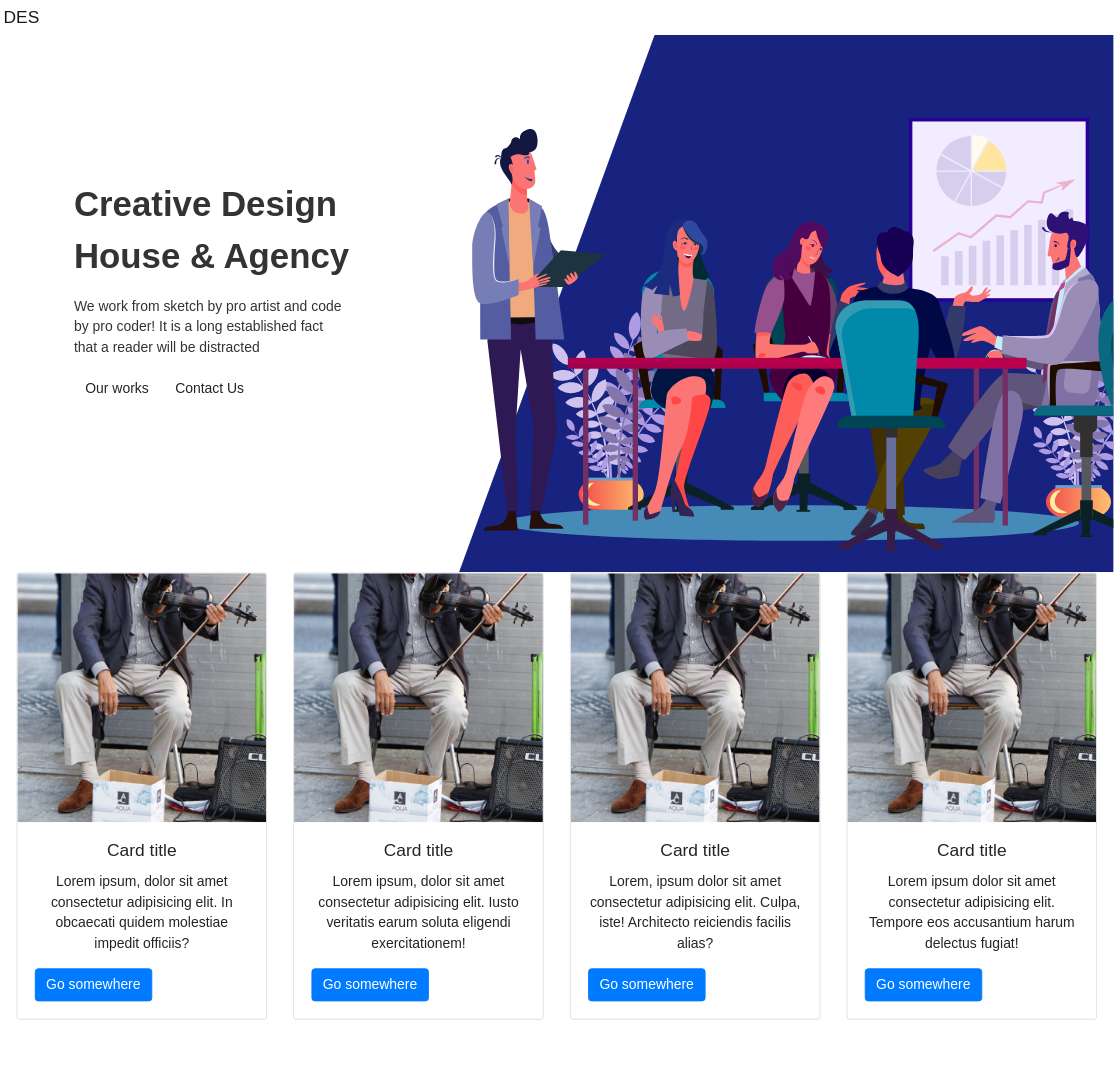
Repository: stephenkayade/Tarm
Page: index.html
These files come from the project's save history. The page is drawn as it stood at one moment and after the next save; the edit follows.
The browser window is 1280 px wide. The pictures show the whole page, at 87% of full size.

Above is the page before, as saved 2020-05-07 10:00:44.

After the next save:
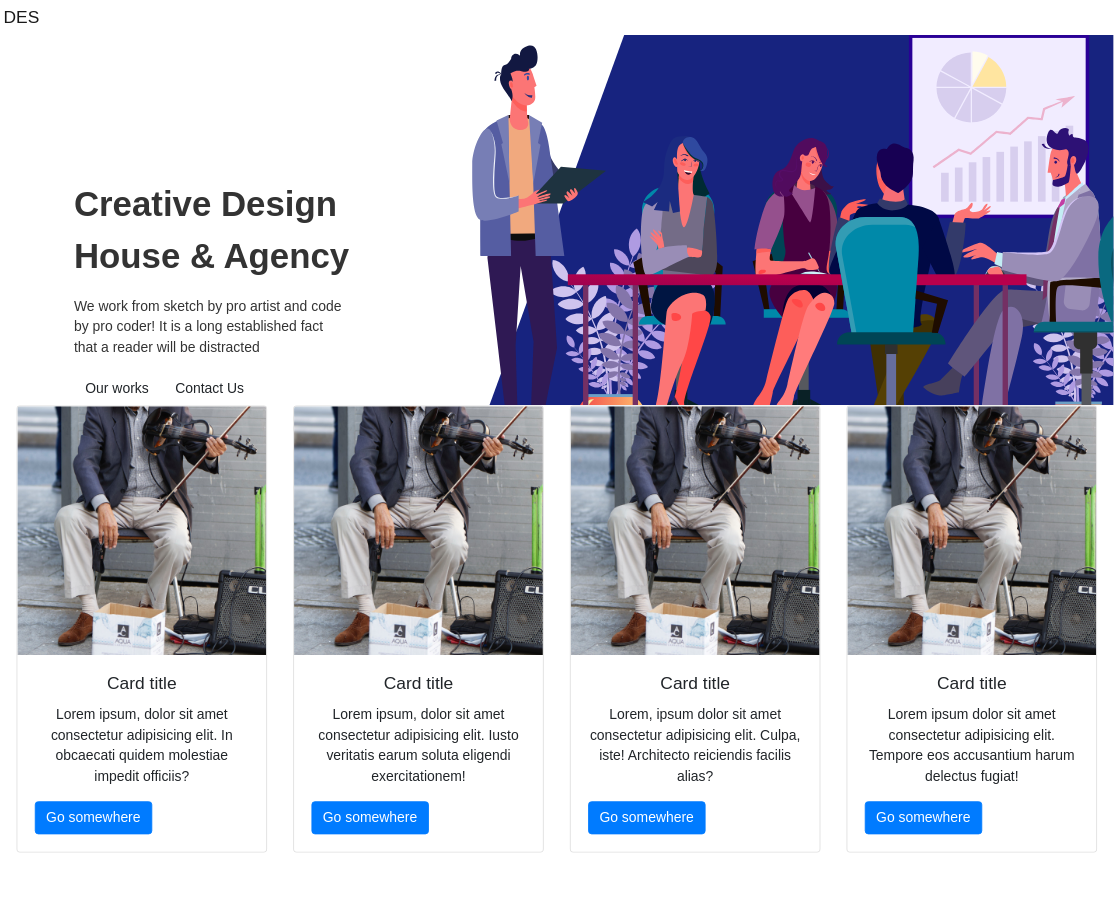
Saved 7 min 11 s later.
--- a/css/style.css
+++ b/css/style.css
@@ -45,7 +45,7 @@
     background: url('/img/adj.svg') no-repeat center center/cover;
     color: #333;
     padding-top: 5%;
-    padding-bottom: 15%;
+    /* padding-bottom: 15%; */
 }
 .promo-title{
     font-size: 40px;

After the save that followed:
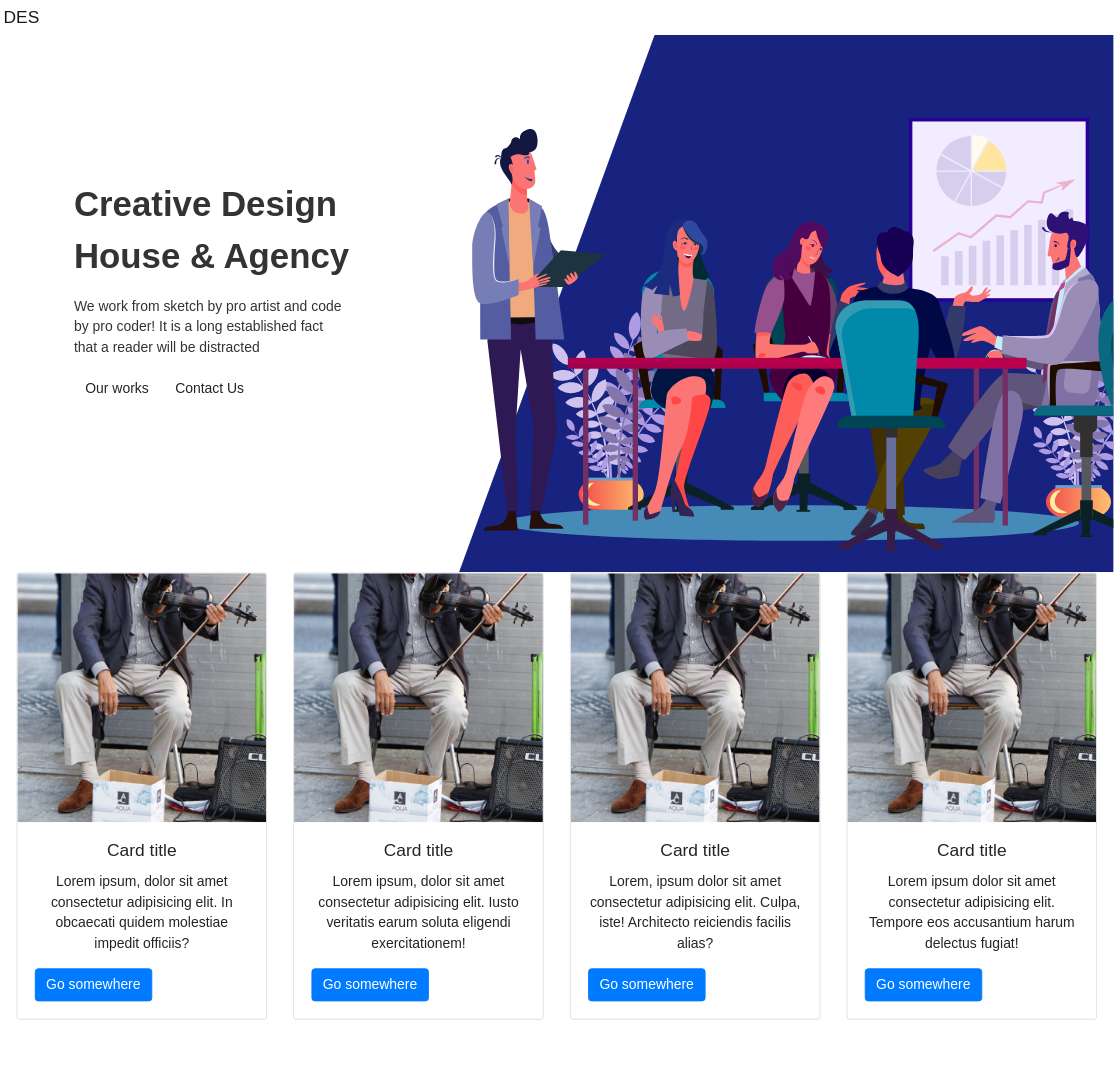
Saved 15 s later.
--- a/css/style.css
+++ b/css/style.css
@@ -45,7 +45,7 @@
     background: url('/img/adj.svg') no-repeat center center/cover;
     color: #333;
     padding-top: 5%;
-    /* padding-bottom: 15%; */
+    padding-bottom: 15%;
 }
 .promo-title{
     font-size: 40px;
